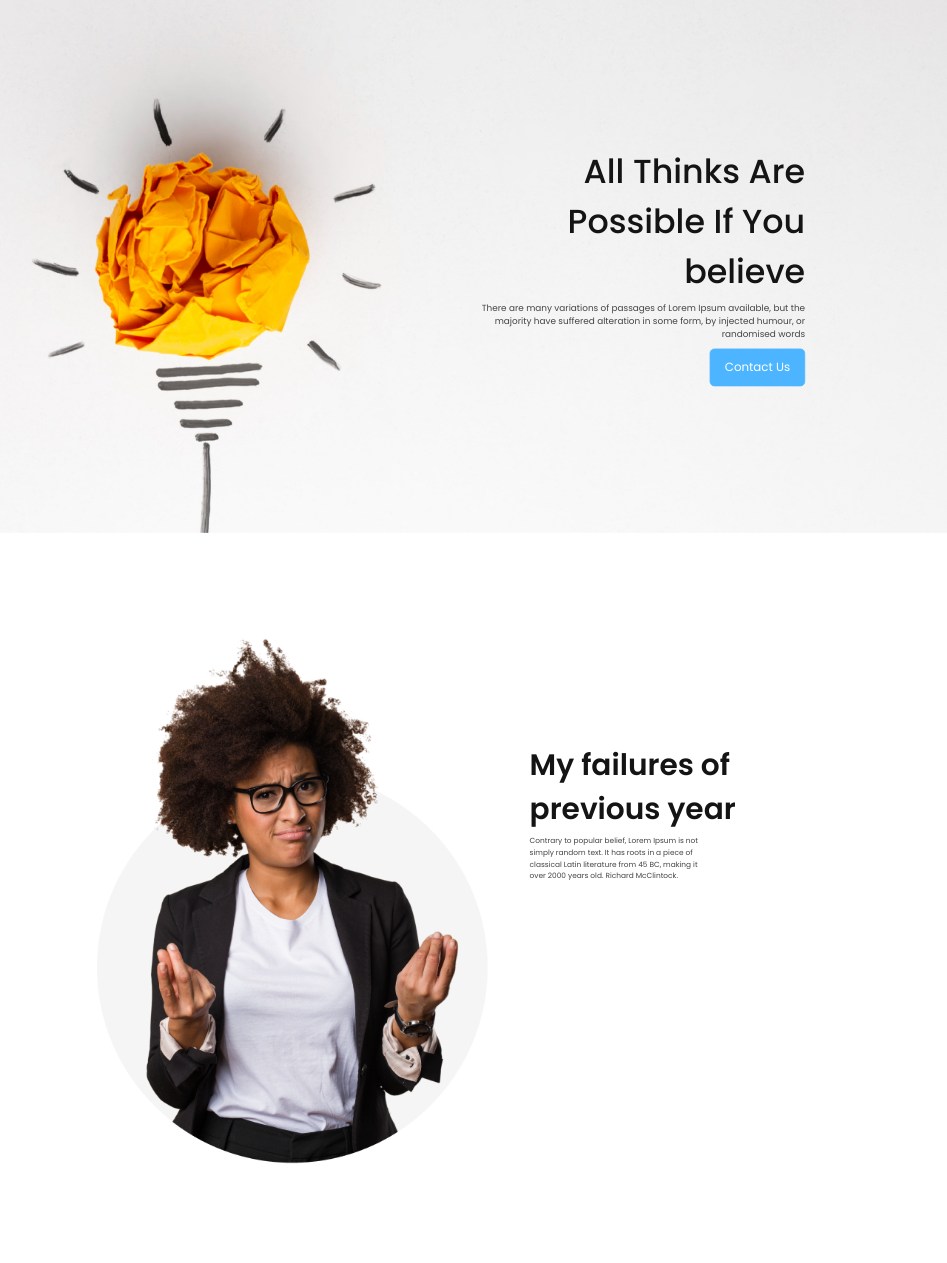
Repository: mdrubel02/new-year-new-mission
Page: index.html
An editor plug-in stored every save of this project. The page is shown before and after the next save, followed by the edit.
The browser window is 1280 px wide. The pictures show the whole page, at 74% of full size.

Above is the page before, as saved 2023-01-06 22:55:44.

### index.html
<!DOCTYPE html>
<html lang="en">

<head>
    <meta charset="UTF-8">
    <meta http-equiv="X-UA-Compatible" content="IE=edge">
    <meta name="viewport" content="width=device-width, initial-scale=1.0">
    <title>new-year-new-mission</title>
    <!-------- css link ---------->
    <link rel="stylesheet" href="/index.css">
</head>

<body>
    <header>
        <!--------- banner section --------->
        <section class="banner_section ">
            <div class="banner">
                <h1>All Thinks Are Possible If You believe</h1>
                <p>There are many variations of passages of Lorem Ipsum available, but the majority have suffered
                    alteration in some form, by injected humour, or randomised words</p>
                <a href="" class="btn btn-primary">Contact Us</a>
            </div>
        </section>
    </header>
    <section class="container">
        <div class="experience_section">
            <div class="experience_left">
                <img src="./images/person.png" alt="">
            </div>
            <div class="experience_right">
                <h1>My failures of previous year</h1>
                <p>Contrary to popular belief, Lorem Ipsum is not simply random text. It has roots in a piece of classical Latin literature from 45 BC, making it over 2000 years old. Richard McClintock.</p>
            </div>
        </div>

    </section>
</body>

</html>

### index.css
/* =====GOOGLE FONTS====== */
@import url('https://fonts.googleapis.com/css2?family=Poppins:wght@300;400;500;600&display=swap');

/* =====COMMON STYLES====== */
* {
    margin: 0;
    padding: 0;
    border: 0;
    outline: 0;
    list-style: none;
    text-decoration: none;
}

body {
    font-family: 'Poppins', sans-serif;
}

h1,
h2,
h3,
h4,
h5,
h6 {
    font-weight: 500;
}

.container {
    max-width: 1200px;
    margin: 0 auto;
    margin-top: 10%;
    margin-bottom: 10%;
    padding: 0 30px;
    box-sizing: border-box;
}

a {
    color: #fff;
    transition: all 400ms ease;
}

a:hover {
    color: #fff;
}

.btn {
    text-align: center;
    width: max-content;
    display: inline-block;
    color: #fff;
    padding: 0.75rem 1.2rem;
    border-radius: 0.4rem;
    border: 1px solid #4db5ff;
    transition: all 400ms ease;
}

.btn:hover {
    background: #fff;
    color: #4db5ff;
    border: 1px solid #4db5ff;
}

.btn-primary {
    background: #4db5ff;
    color: #fff;
}

/* ========= Banner section ============== */
.banner_section{
    background-image: url(/images/banner/banner1.png);
    background-repeat: no-repeat;
    background-size: cover;
    background-position: center center;
    height: 100vh;
    width: 100%;
    position: relative;
    z-index: 1;
    display: flex;
    flex-direction: column;
    justify-content: center;
    align-items: flex-end;
    text-align: center;
}
.banner{
    width: 35%;
   margin-top: -0%;
   position: absolute;
   right: 15%;
   display: flex;
   flex-direction: column;
   justify-content: end;
   align-items: flex-end;
}
.banner h1{
    font-size: 45px;
    color: #151414;
    text-align: end;
}
.banner p{
    color: #444343;
    font-size: 12px;
    text-align: end;
    padding-top: 5px;
    padding-bottom: 10px;
}


/* =========== experience section ================== */
.experience_section{
    display: flex;
    justify-content: space-evenly;
    align-items: center;
}
.experience_right{
    width: 40%;
    margin-top: -20%;
}
.experience_right h1{
    font-weight: 700;
    font-size: 40px;

    color: #151414;
}
.experience_right p{
    width: 50%;
    font-size: 10px;
    color: #444343;
    padding-top: 5px;
    padding-bottom: 5px;
}

After the next save:
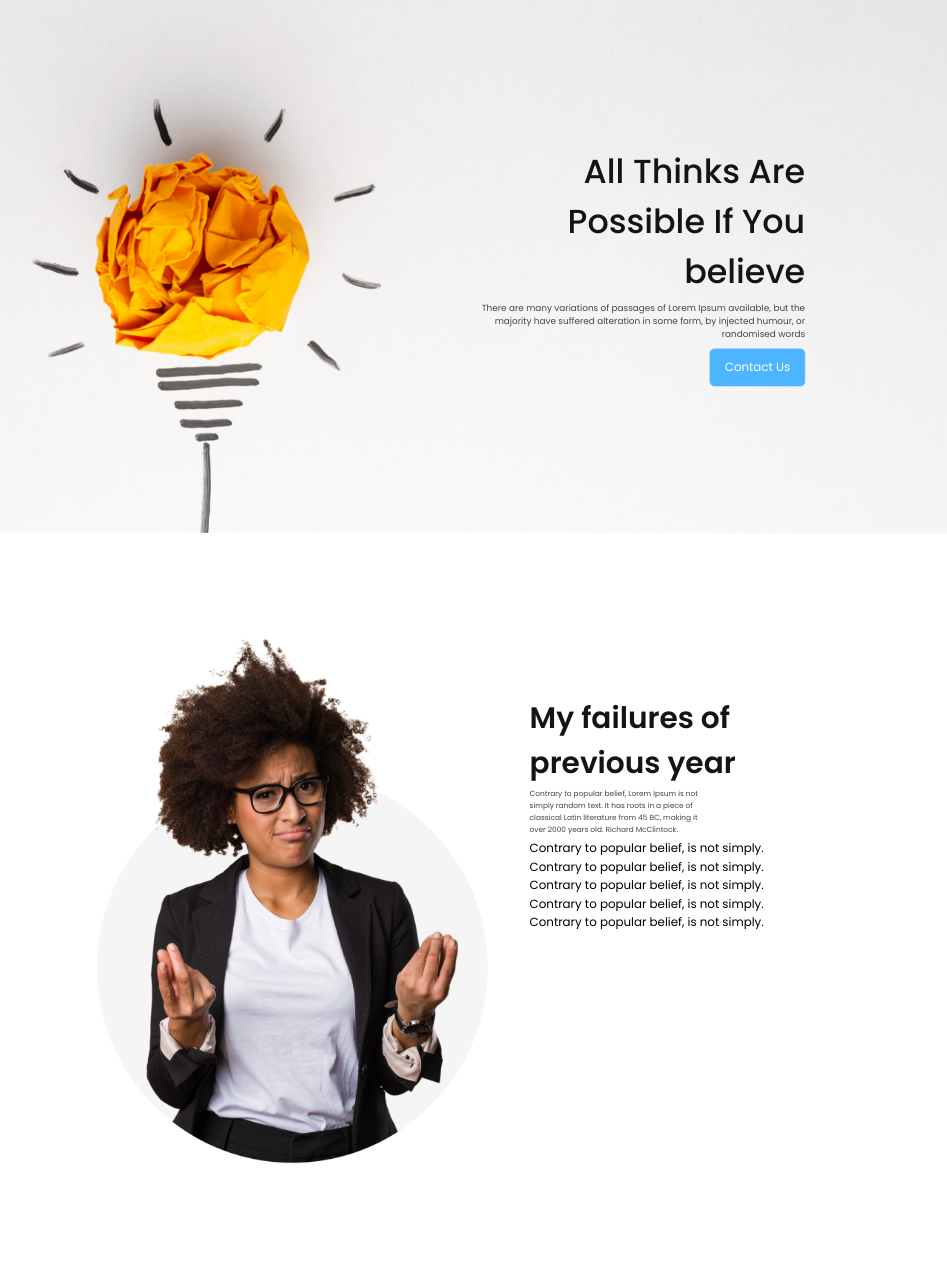
Saved 90 s later.
--- a/index.html
+++ b/index.html
@@ -30,6 +30,13 @@
             <div class="experience_right">
                 <h1>My failures of previous year</h1>
                 <p>Contrary to popular belief, Lorem Ipsum is not simply random text. It has roots in a piece of classical Latin literature from 45 BC, making it over 2000 years old. Richard McClintock.</p>
+                <ul>
+                    <li>Contrary to popular belief, is not simply.</li>
+                    <li>Contrary to popular belief, is not simply.</li>
+                    <li>Contrary to popular belief, is not simply.</li>
+                    <li>Contrary to popular belief, is not simply.</li>
+                    <li>Contrary to popular belief, is not simply.</li>
+                </ul>
             </div>
         </div>
 
